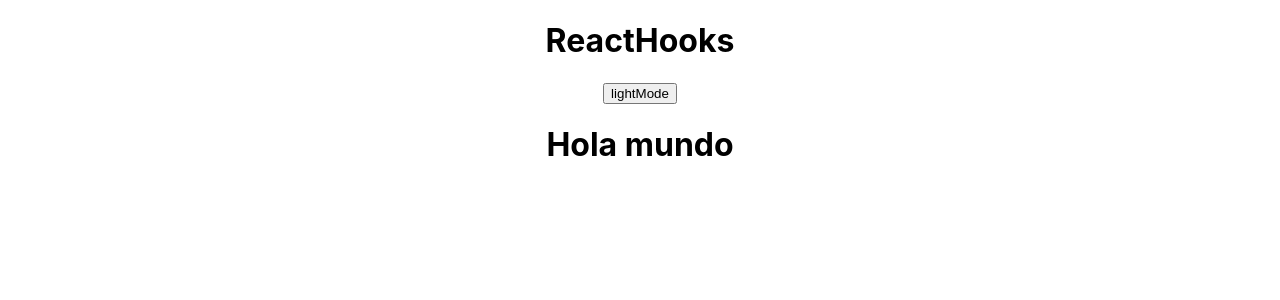
Repository: aleocampodev/react-hooks
Page: /
An editor plug-in stored every save of this project. The page is shown before and after the next save, followed by the edit.
The browser window is 1280 px wide. The pictures show the whole page.
The project was rebuilt for these pictures with package versions that can differ from the ones it lists, and the page was loaded fresh each time.

Above is the page before, as saved 2022-07-16 21:48:26.

After the next save:
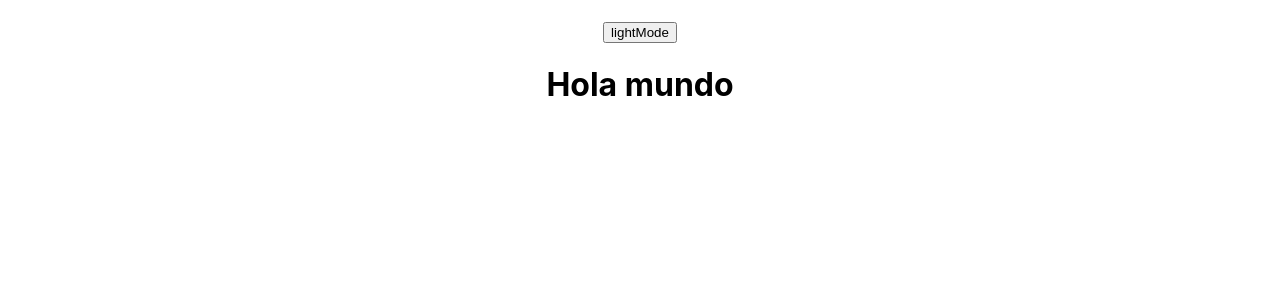
Saved 28 s later.
--- a/src/components/Header.jsx
+++ b/src/components/Header.jsx
@@ -1,6 +1,6 @@
 import React,{useState} from 'react'
 
-const Header = () => {
+const Header = (props) => {
 	const [darkMode, setDarkMode] = useState(false)
 
 	const changeMode=() => {
@@ -11,7 +11,7 @@ const Header = () => {
 
 	return (
 		<div className="Header">
-			<h1>ReactHooks</h1>
+			<h1>{props.title}</h1>
 			<button type="button" onClick={changeMode}>{darkMode? 'Dark mode' :'lightMode'}</button>
 		</div>
 	)
